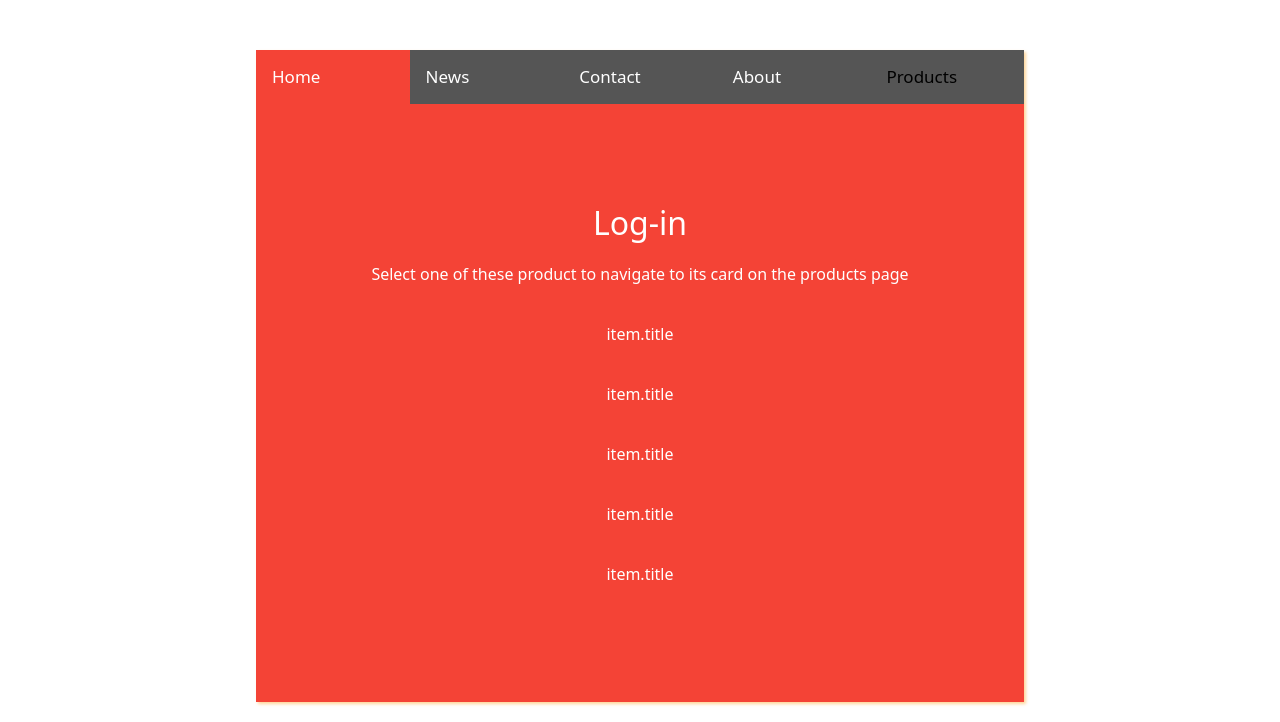
Repository: JasonMorta/basicPlus-rouets
Page: /
An editor plug-in stored every save of this project. The page is shown before and after the next save, followed by the edit.
The browser window is 1280 px wide. The pictures show the whole page.
Some web fonts or font styles are not loaded; a fallback is used. The project was rebuilt for these pictures with package versions that can differ from the ones it lists, and the page was loaded fresh each time. Also part of the build but not shown: src/pages/news.css, src/pages/News.jsx, src/pages/About.jsx, src/pages/Hooks/UseRefHook.jsx, src/pages/Contact.jsx, src/pages/List.jsx, src/pages/ProductPreview.jsx, src/pages/Products.jsx.

Above is the page before, as saved 2023-04-01 18:18:27.

After the next save:
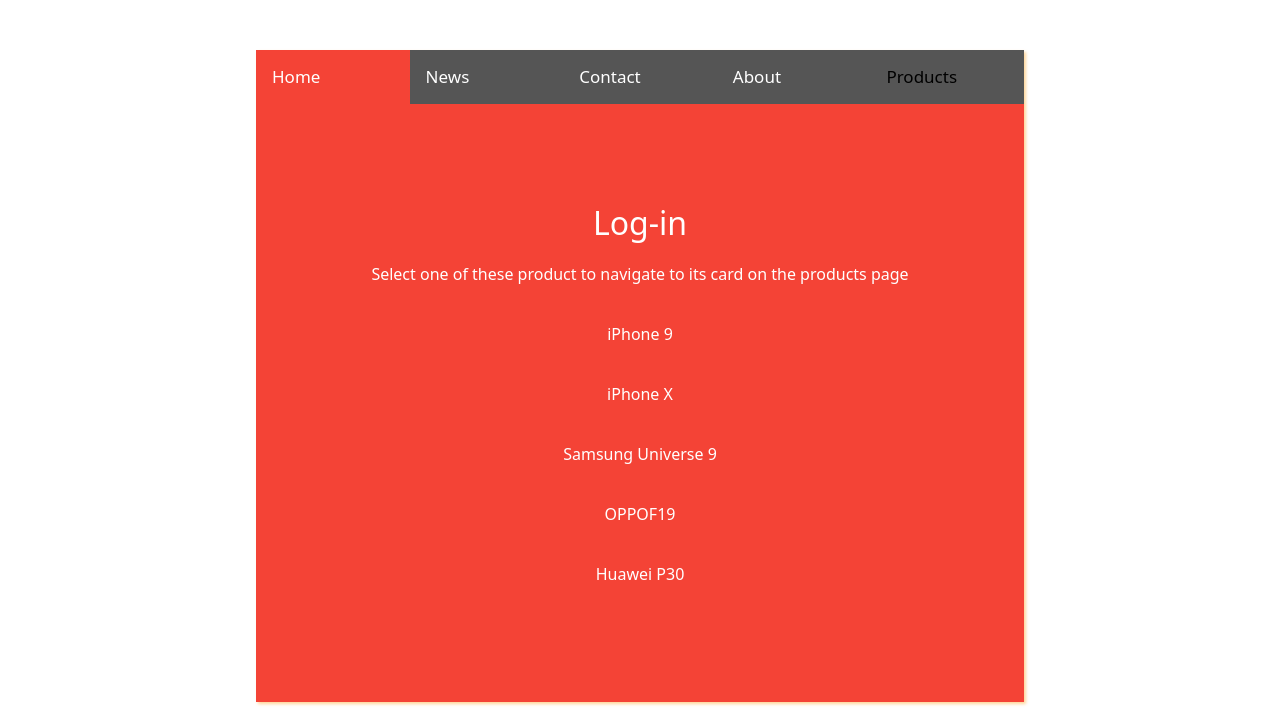
Saved 86 s later.
--- a/src/pages/Home.jsx
+++ b/src/pages/Home.jsx
@@ -1,8 +1,9 @@
 import React from "react";
+import { useNavigate } from "react-router-dom";
 import {products} from "../AllProducts"
 
 export default function Home() {
-
+const nav = useNavigate()
 
 
   return (
@@ -11,7 +12,7 @@
          <h3>Log-in</h3>
          <p>Select one of these product to navigate to its card on the products page</p>
          {products.map((item, i)=>(
-          <p key={i}>item.title</p>
+          <p onClick={()=> nav(`/products/${item.id}`)} key={i}>{item.title}</p>
          ))}
       </div>
     </div>
